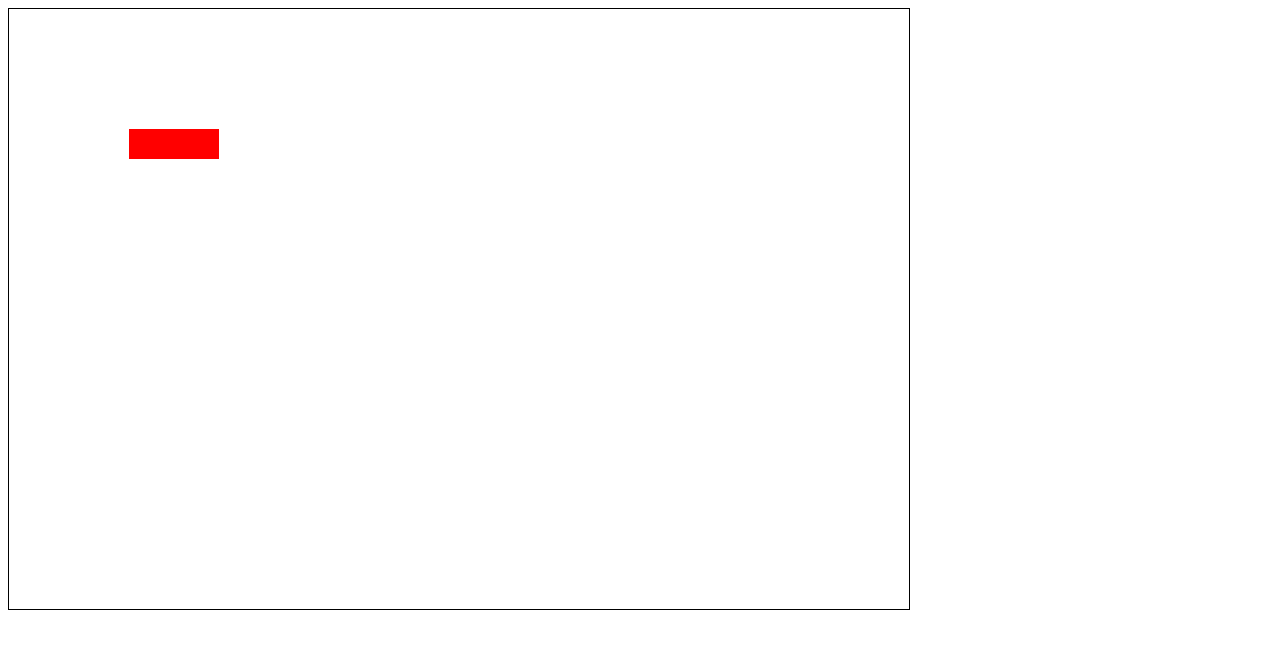
Repository: laben35/snake
Page: index.html
An editor plug-in stored every save of this project. The page is shown before and after the next save, followed by the edit.
The browser window is 1280 px wide. The pictures show the whole page.

Above is the page before, as saved 2019-12-08 00:42:15.

### index.html
<!DOCTYPE html>
<html lang="en">
<head>
    <meta charset="UTF-8">
    <meta name="viewport" content="width=device-width, initial-scale=1.0">
    <meta http-equiv="X-UA-Compatible" content="ie=edge">
    <title>The snake game</title>
    <script src="script.js"></script>
</head>
<body>

</body>
</html>

### script.js
window.onload = function()
{
    var canvasWidth = 900;
    var canvasHeight = 600;
    var blockSize = 30;
    var ctx;
    var delay = 100;
    var snakee;

    init();

    function init()
    {
            var canvas = document.createElement('canvas');  //Canvas élément HTML qui permet de dessiner notre page HTML
            canvas.width = canvasWidth;
            canvas.height = canvasHeight;
            canvas.style.border = "1px solid";
            document.body.appendChild(canvas);
            ctx = canvas.getContext('2d');
            snakee = new Snake( [[6,4], [5,4], [4,4]]);
            refreshCanvas();
    }

    //fonction qui rafraichit le canvas
    function refreshCanvas()
    {

        ctx.clearRect(0,0,canvasWidth, canvasHeight);
        snakee.draw();
        setTimeout(refreshCanvas, delay);
    }

    function drawBlock(ctx, position)
    {
        var x = position[0] * blockSize;
        var y = position[1] * blockSize;
        ctx.fillRect(x,y, blockSize, blockSize);
    }

    function Snake(body)
    {
        this.body = body;
        this.draw = function()
        {
            ctx.save();
            ctx.fillStyle = "#ff0000";
            for(var i = 0; i < this.body.length; i++)
           {
               drawBlock(ctx, this.body[i]);
           }
           ctx.restore();
        };
        this.advance = function()
        {
            var nextPosition = this.body[0].slice();
        };
    }

}

After the next save:
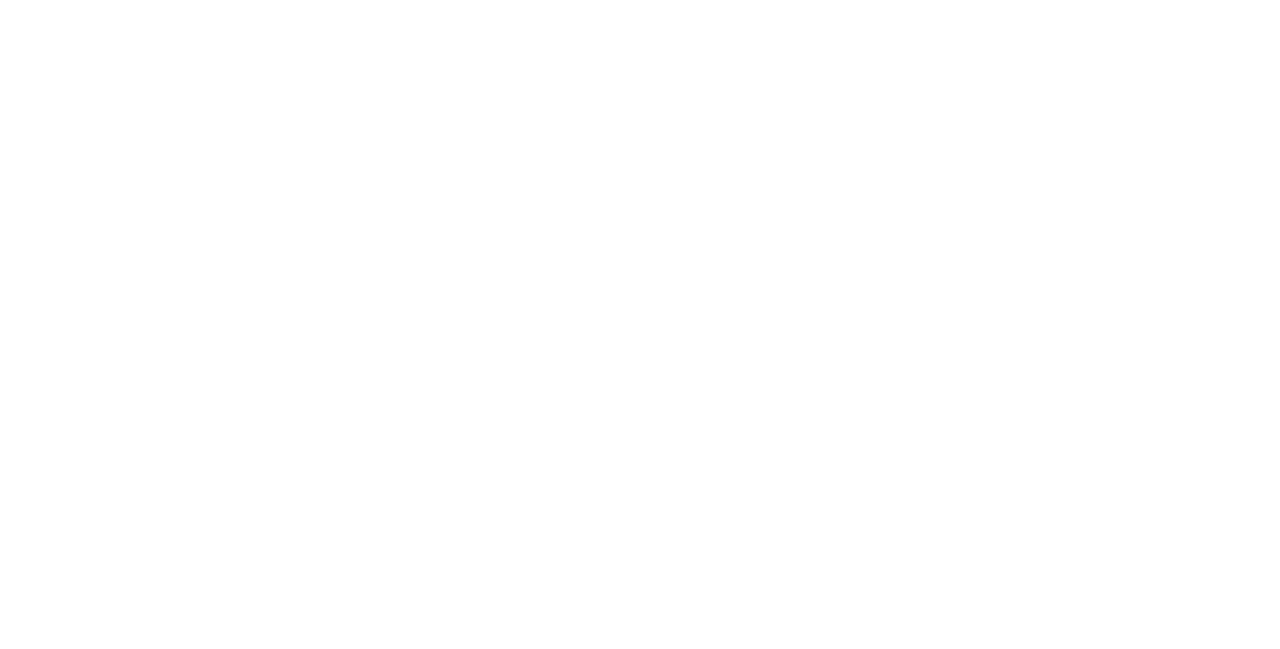
Console error: SyntaxError: Unexpected token ']'
Saved 29 s later.
--- a/script.js
+++ b/script.js
@@ -53,6 +53,7 @@
         this.advance = function()
         {
             var nextPosition = this.body[0].slice();
+            nextPosition[]
         };
     }
 

After the save that followed:
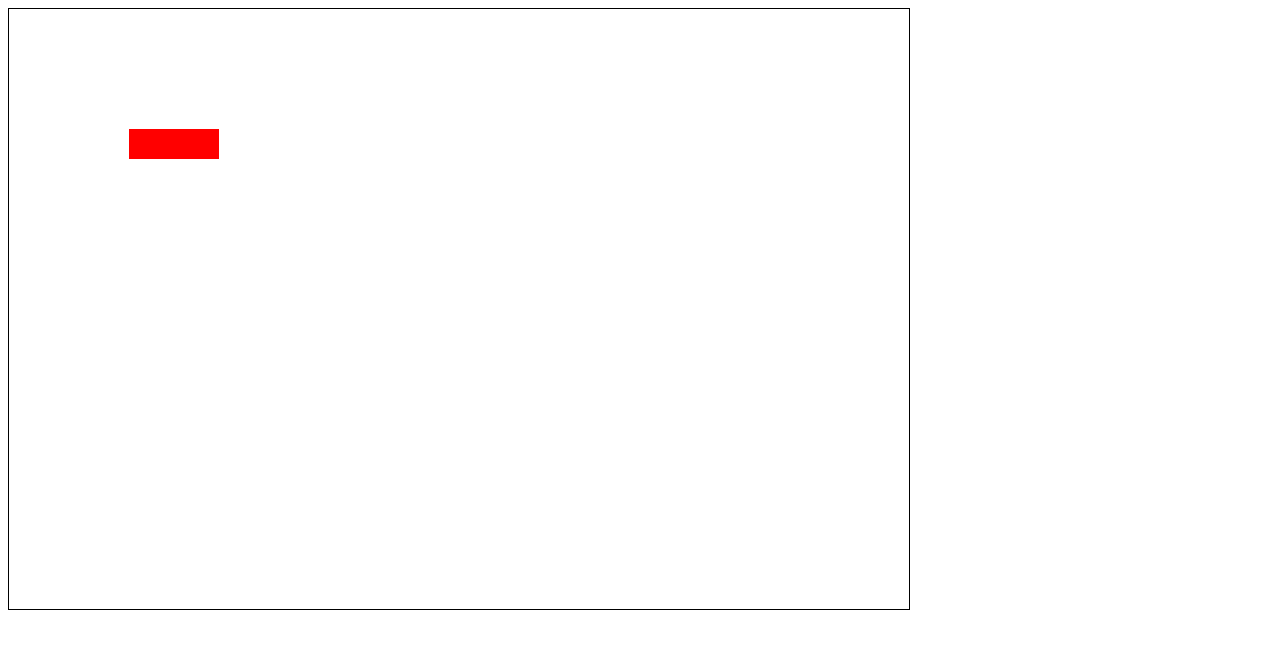
The error is gone.
Saved 85 s later.
--- a/script.js
+++ b/script.js
@@ -53,7 +53,7 @@
         this.advance = function()
         {
             var nextPosition = this.body[0].slice();
-            nextPosition[]
+            nextPosition[0]
         };
     }
 
